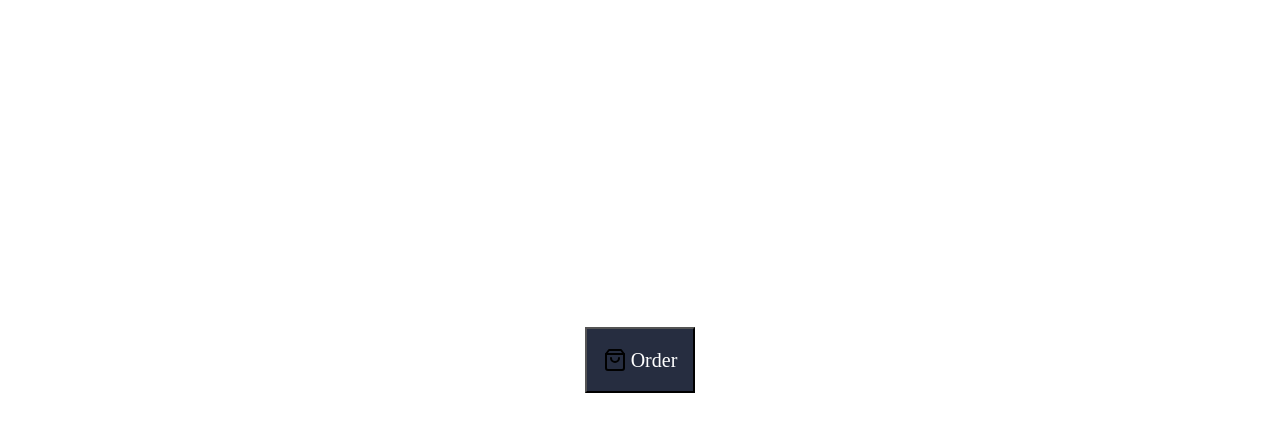
Repository: hjubsoni/hex-ocean-task
Page: /
These files come from the project's save history. The page is drawn as it stood at one moment and after the next save; the edit follows.
The browser window is 1280 px wide. The pictures show the whole page.
The project was rebuilt for these pictures with package versions that can differ from the ones it lists, and the page was loaded fresh each time. Also part of the build but not shown: vite.config.ts.

Above is the page before, as saved 2023-03-20 21:12:47.

After the next save:
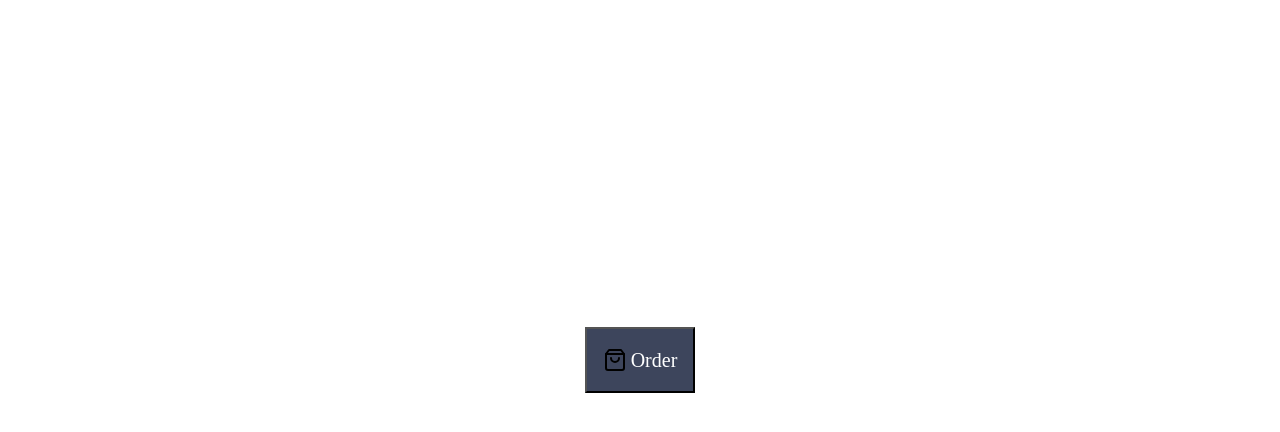
Saved 29 s later.
--- a/src/App.css
+++ b/src/App.css
@@ -10,7 +10,7 @@
   align-items: center;
   padding: 16px;
   gap: 4px;
-  background: #262d40;
+  background: #3d455c;
 }
 
 .order-button-text {
